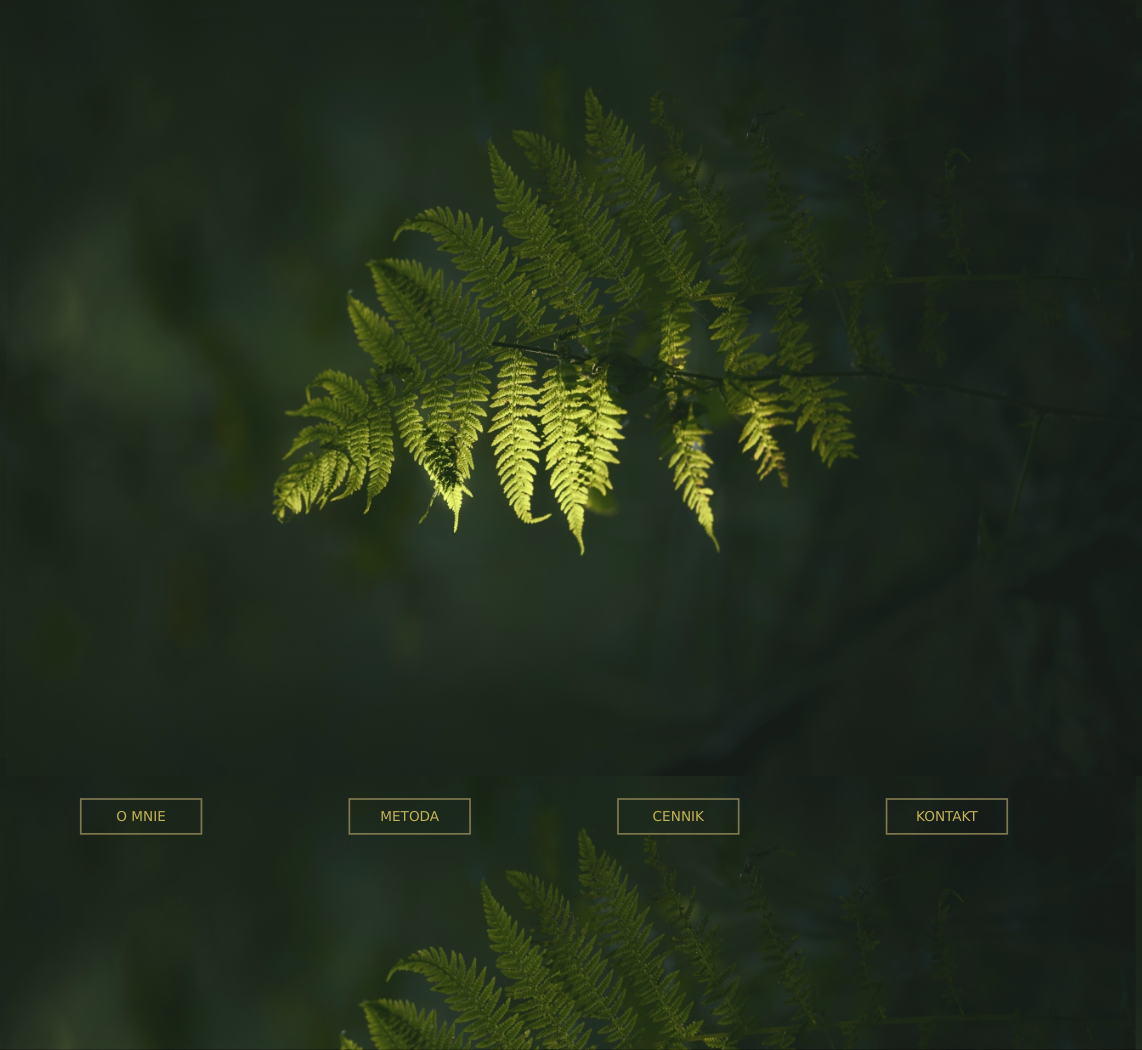
Repository: LechCieslak/Anna_Cieslak_v2.1
Page: index.html
These files come from the project's save history. The page is drawn as it stood at one moment and after the next save; the edit follows.
The browser window is 1280 px wide. The page is 1344 px wide, so the pictures cover 1344 px, including what lies to the right of the window. The pictures show the whole page, at 85% of full size.

Above is the page before, as saved 2020-08-29 00:50:39.

After the next save:
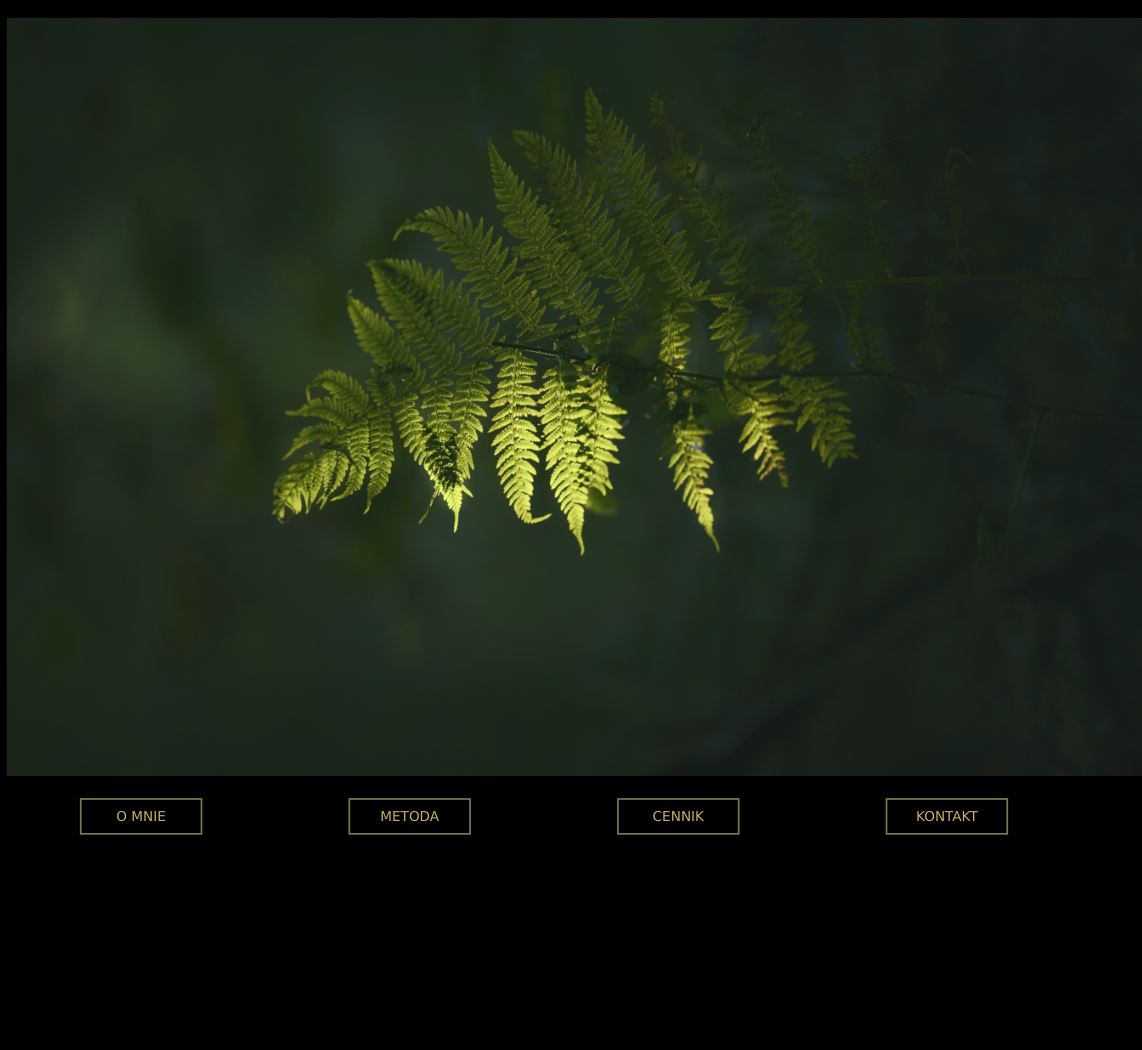
Saved 59 s later.
--- a/style.css
+++ b/style.css
@@ -11,7 +11,7 @@ body {
     /* background-position: center; */
     background-color: black;
     color: var(--text);
-    animation: backgroundEffect 3s forwards;
+    /* animation: backgroundEffect 3s forwards; */
 }
 
 main {
